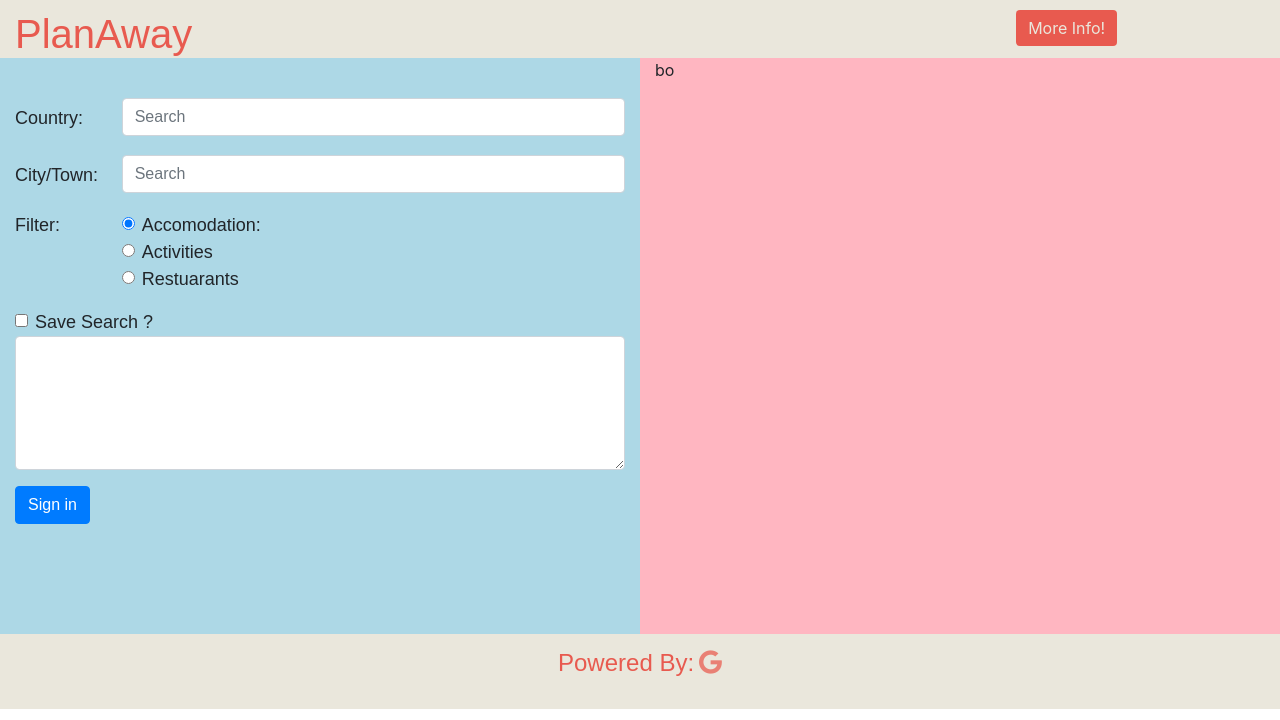
Repository: Brad000/PlanAway-Project
Page: planner.html
The author's editor kept a record of every edit. The page is drawn from the files as they stood at one moment, then again after the next edit.
The browser window is 1280 px wide. The pictures show the whole page.
Some icons come from a web library that is not loaded, so they are not drawn. Some web fonts or font styles are not loaded; a fallback is used. Some web libraries are served in a nearby version.

Above is the page before.

### planner.html
<!DOCTYPE html>
<html lang="en">

<head>
    <meta charset="UTF-8">
    <meta name="viewport" content="width=device-width, initial-scale=1.0">
    <meta http-equiv="X-UA-Compatible" content="ie=edge">
    <link rel="stylesheet" href="assets/css/style.css" type="text/css" />
    <link rel="stylesheet" href="https://stackpath.bootstrapcdn.com/bootstrap/4.4.1/css/bootstrap.min.css" integrity="sha384-Vkoo8x4CGsO3+Hhxv8T/Q5PaXtkKtu6ug5TOeNV6gBiFeWPGFN9MuhOf23Q9Ifjh" crossorigin="anonymous">
    <script src="https://code.jquery.com/jquery-3.2.1.js" integrity="sha256-DZAnKJ/6XZ9si04Hgrsxu/8s717jcIzLy3oi35EouyE=" crossorigin="anonymous"></script>
    <script src="https://code.jquery.com/jquery-3.4.1.slim.min.js" integrity="sha384-J6qa4849blE2+poT4WnyKhv5vZF5SrPo0iEjwBvKU7imGFAV0wwj1yYfoRSJoZ+n" crossorigin="anonymous"></script>
    <script src="https://cdn.jsdelivr.net/npm/popper.js@1.16.0/dist/umd/popper.min.js" integrity="sha384-Q6E9RHvbIyZFJoft+2mJbHaEWldlvI9IOYy5n3zV9zzTtmI3UksdQRVvoxMfooAo" crossorigin="anonymous"></script>
    <script src="https://stackpath.bootstrapcdn.com/bootstrap/4.4.1/js/bootstrap.min.js" integrity="sha384-wfSDF2E50Y2D1uUdj0O3uMBJnjuUD4Ih7YwaYd1iqfktj0Uod8GCExl3Og8ifwB6" crossorigin="anonymous"></script>
    <script src="https://kit.fontawesome.com/5655c570e1.js" crossorigin="anonymous"></script>
    <script type="text/javascript" src="assets/js/script.js"></script>

    <title>PlanAway - Plan your next vacation</title>
</head>

<body>
    <header class="container-fluid">
        <div class="row">
            <div class="col-12 col-md-8 site-heading">
                <h1 class="site-name">PlanAway<i class="fal fa-plane-departure site-logo"></i></h1>
            </div>
            <div class="col-12 col-md-4 site-heading button-align">
                <a class="btn btn-primary" id="infoButton" data-toggle="collapse" href="#collapseExample" role="button" aria-expanded="false" aria-controls="collapseExample">More Info!
                </a>
            </div>
            <div class="col-12 site-heading">
                <div class="collapse" id="collapseExample">
                    <div class="card card-body" id="info-card">
                        <p class="briefs">Please use the below form and selectors to plan your next vacation destination, further organise that dream get away with top accomodation, attractions and restaurants shown around you chosen destination.</p>
                    </div>
                </div>
            </div>
        </div>
    </header>

    <section class="container-fluid">
        <div class="row">
            <div class="col-12 col-md-6 n" id="top">

                <form class="plan-form">
                    <div class="form-group row">
                        <label class="col-sm-2 col-form-label">Country:</label>
                        <div class="col-sm-10">
                            <input type="text" class="form-control" placeholder="Search">
                        </div>
                    </div>
                    <div class="form-group row">
                        <label class="col-sm-2 col-form-label">City/Town:</label>
                        <div class="col-sm-10">
                            <input type="text" class="form-control" placeholder="Search">
                        </div>
                    </div>
                    <fieldset class="form-group">
                        <div class="row">
                            <legend class="col-form-label col-sm-2 pt-0">Filter:</legend>
                            <div class="col-sm-10">
                                <div class="form-check">
                                    <input class="form-check-input" type="radio" name="gridRadios" id="gridRadios1" value="option1" checked>
                                    <label class="form-check-label" for="gridRadios1">Accomodation:</label>
                                </div>
                                <div class="form-check">
                                    <input class="form-check-input" type="radio" name="gridRadios" id="gridRadios2" value="option2">
                                    <label class="form-check-label" for="gridRadios2">Activities</label>
                                </div>
                                <div class="form-check">
                                    <input class="form-check-input" type="radio" name="gridRadios" id="gridRadios3" value="option3">
                                    <label class="form-check-label" for="gridRadios3">Restuarants</label>
                                </div>
                            </div>
                        </div>
                    </fieldset>
                    <div class="form-group row">
                        <div class="col-sm-12">
                            <div class="form-check">
                                <input class="form-check-input" type="checkbox" id="gridCheck1">
                                <label class="form-check-label" for="gridCheck1">Save Search ?</label>
                            </div>
                        </div>
                        <div class="col-sm-12">
                            <textarea class="form-control" id="exampleFormControlTextarea1" rows="5"></textarea>
                        </div>
                    </div>
                    <div class="form-group row">
                        <div class="col-sm-10">
                            <button type="submit" class="btn btn-primary">Sign in</button>
                        </div>
                    </div>


                </form>



            </div>
            <div class="col-12 col-md-6 m">bo</div>
        </div>
    </section>

    <footer class="container-fluid">
        <div class="row">
            <div class="col-12 footer">
                <h4>Powered By:<a href="https://www.google.com/" id="a-links" target="_blank"><i class="fab fa-google"></i></a></h4>
            </div>
        </div>
    </footer>

</body>

</html>

### assets/css/style.css
@import url('https://fonts.googleapis.com/css?family=Gayathri:100,200,300,400,500,600,700');

/*---Landing Page---*/

.site-heading {
    background-color: #eae7dc;
    color: #e85a4f;
}

.site-name {
    font-family: 'Gayathri', sans-serif;
    margin-top: 10px;
    margin-bottom: 0;
    text-align: center;
}

.site-logo {
    margin-left: 10px;
}

.site-links {
    text-align: center;
    font-size: 40px;
    margin-top: 10px;
    margin-right: 10px;
}

.link-text {
    text-align: center;
    font-family: 'Gayathri', sans-serif;
    font-weight: 600;
}

#a-links {
    text-decoration: none;
    cursor: pointer;
    color: #e98074;
    transition: color 0.5s ease-in-out;
    -moz-transition: color 0.5s ease-in-out;
    -webkit-transition: color 0.5s ease-in-out;
    -o-transition: color 0.5s ease-in-out;
}

#a-links:hover {
    color: #e85a4f;
}

.site-brief {
    font-family: 'Gayathri', sans-serif;
    text-align: center;
    font-size: 12px;
    font-weight: 700;
    padding: 0;
    margin: 0;
}

#image {
    padding: 0;
}

.main-images {
    opacity: 0.78;
}

img {
    height: 85vh;
}


/*---planner.html---*/

.briefs {
    font-family: 'Gayathri', sans-serif;
    font-size: 16px;
    text-align: center;
    font-weight: 700;
    padding: 10px;
    margin: 0;
    color: #e85a4f;
}

#infoButton {
    display: inline-block;
    margin-bottom: 5px;
    background-color: #e85a4f;
    color: #eae7dc;
    border: none;
    box-shadow: none;
    transition: background-color 0.5s ease-in-out;
    -moz-transition: background-color 0.5s ease-in-out;
    -webkit-transition: background-color 0.5s ease-in-out;
    -o-transition: background-color 0.5s ease-in-out;
}

#infoButton:hover {
    background-color: #fd9b90;
}

.button-align {
    text-align: center;
}

#info-card {
    border: none;
    background-color: #eae7dc;
}

.plan-form {
    font-family: 'Gayathri', sans-serif;
    font-size: 18px;
    margin-top: 40px;
    margin-bottom: 40px;
}

.n {
    background-color: lightblue;
    height: 80vh;
}

.m {
    background-color: lightpink;
    height: 80vh;
}


/*---Footer---*/

.footer {
    height: 75px;
    text-align: center;
    font-weight: 700;
    font-family: 'Gayathri', sans-serif;
    padding-top: 15px;
    background-color: #eae7dc;
    color: #e85a4f;
}

.fa-google {
    margin-left: 5px;
}

/*---Media Queries---*/

@media(min-width: 767px) {
    .site-name {
        text-align: left;
    }
    .site-brief {
        font-size: 18px;
    }
    #infoButton {
        margin: 10px;
    }
}



/*---JS css--*/

.green {
    background-color: green;
}

### assets/js/script.js
$(document).ready(function(){

 $("#infoButton").click(function(){




 });






});

After the next edit:
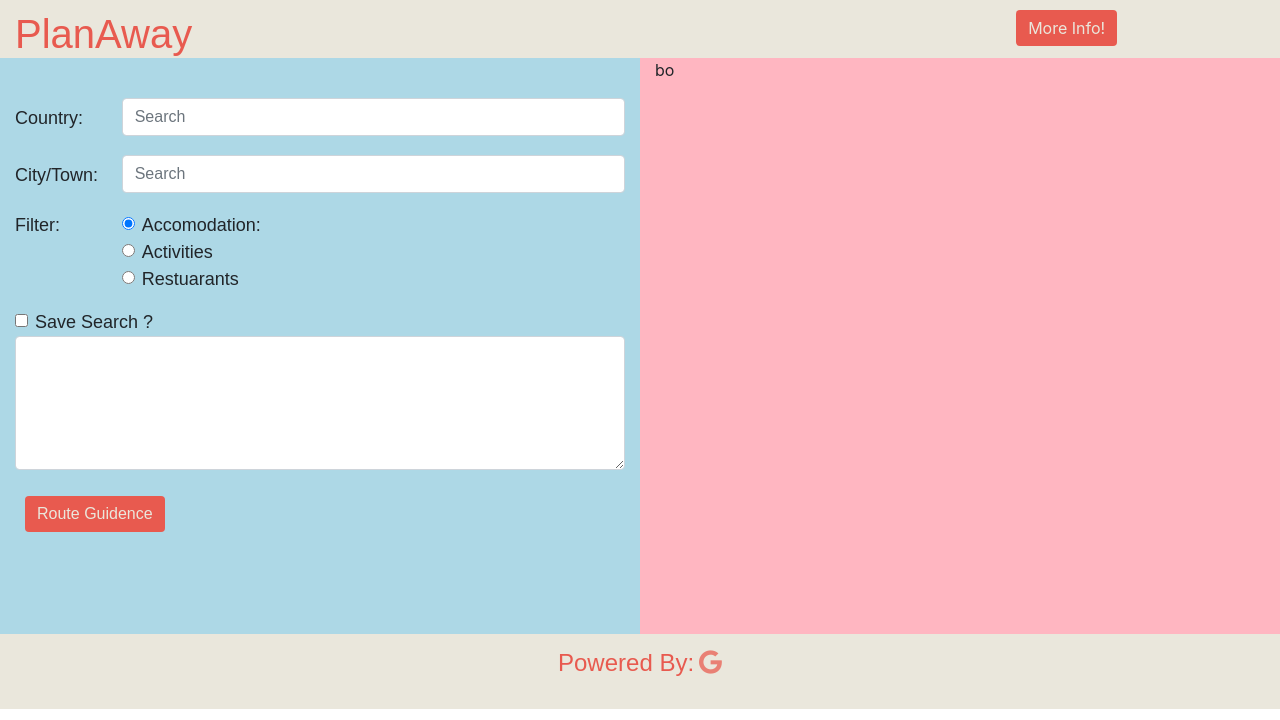
The edit:
--- a/planner.html
+++ b/planner.html
@@ -86,7 +86,7 @@
                     </div>
                     <div class="form-group row">
                         <div class="col-sm-10">
-                            <button type="submit" class="btn btn-primary">Sign in</button>
+                            <button type="submit" class="btn btn-primary" id="infoButton">Route Guidence</button>
                         </div>
                     </div>
 
